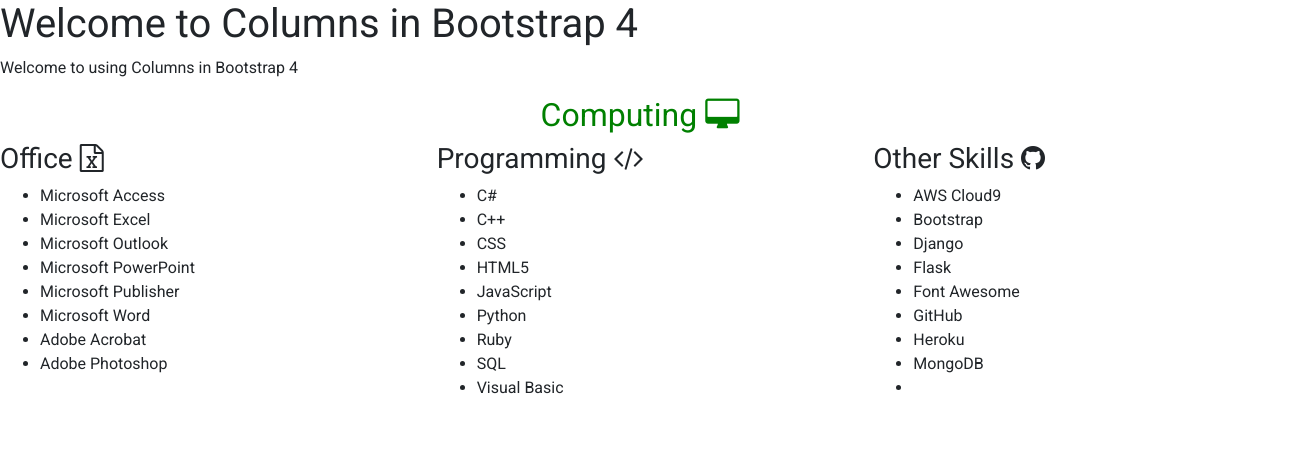
Repository: derektypist/columns-in-bootstrap-4
Page: index.html
The author's editor kept a record of every edit. The page is drawn from the files as they stood at one moment, then again after the next edit.
The browser window is 1280 px wide. The page is 1295 px wide, so the pictures cover 1295 px, including what lies to the right of the window. The pictures show the whole page.

Above is the page before.

### index.html
<!DOCTYPE html>
<html lang="en">

<head>
    <meta charset="UTF-8">
    <meta name="viewport" content="width=device-width, initial-scale=1.0">
    <meta http-equiv="X-UA-Compatible" content="ie=edge">
    <title>Document</title>
    <!-- Load Style Sheets -->
    <link rel="stylesheet" href="https://maxcdn.bootstrapcdn.com/bootstrap/4.3.1/css/bootstrap.min.css" integrity="sha384-ggOyR0iXCbMQv3Xipma34MD+dH/1fQ784/j6cY/iJTQUOhcWr7x9JvoRxT2MZw1T" crossorigin="anonymous">
    <link rel="stylesheet" href="https://maxcdn.bootstrapcdn.com/font-awesome/4.7.0/css/font-awesome.min.css" type="text/css" />
    <link href="https://fonts.googleapis.com/css?family=Roboto&display=swap" rel="stylesheet">
    <link href="style.css" rel="stylesheet">
</head>

<body>
    <!-- Apply Header -->
    <header>
        <h1>Welcome to Columns in Bootstrap 4</h1>
        <p>Welcome to using Columns in Bootstrap 4</p>
    </header>

    <!-- Apply Sections -->
    <section>
        <h2>Computing <i class="fa fa-desktop" aria-hidden="true"></i></h2>

        <!-- Set Up Row -->
        <article class="row">
            <!-- Set Up Article for Office -->
            <article class="col-sm-4">
                <h3>Office <i class="fa fa-file-excel-o" aria-hidden="true"></i></h3>
                <ul>
                    <li>Microsoft Access</li>
                    <li>Microsoft Excel</li>
                    <li>Microsoft Outlook</li>
                    <li>Microsoft PowerPoint</li>
                    <li>Microsoft Publisher</li>
                    <li>Microsoft Word</li>
                    <li>Adobe Acrobat</li>
                    <li>Adobe Photoshop</li>
                </ul>
            </article>

            <!-- Set Up Article for Programming -->
            <article class="col-sm-4">
                <h3>Programming <i class="fa fa-code" aria-hidden="true"></i></h3>
                <ul>
                    <li>C#</li>
                    <li>C++</li>
                    <li>CSS</li>
                    <li>HTML5</li>
                    <li>JavaScript</li>
                    <li>Python</li>
                    <li>Ruby</li>
                    <li>SQL</li>
                    <li>Visual Basic</li>
                </ul>
            </article>

            <!-- Set Up Article for Other Skills -->
            <article class="col-sm-4">
                <h3>Other Skills <i class="fa fa-github" aria-hidden="true"></i></h3>
                <ul>
                    <li>AWS Cloud9</li>
                    <li>Bootstrap</li>
                    <li>Django</li>
                    <li>Flask</li>
                    <li>Font Awesome</li>
                    <li>GitHub</li>
                    <li>Heroku</li>
                    <li>MongoDB</li>
                    <li></li>
                </ul>
            </article>
        </article>
    </section>

</body>

</html>

### style.css
/* Body */

body {
    font-family: "Roboto", Arial, Verdana, sans-serif;
}

/* Header */

#myheader {
    color: purple;
    text-align: center;
}


/* Section */

h2 {
    color: green;
    text-align: center;
}

/* Office */

.office {
    background-color: lightgreen;
}

/* Programming */

.programming {
    background-color: lightblue;
}

/* Other Skills */

.otherskills {
    background-color: pink;
}

After the next edit:
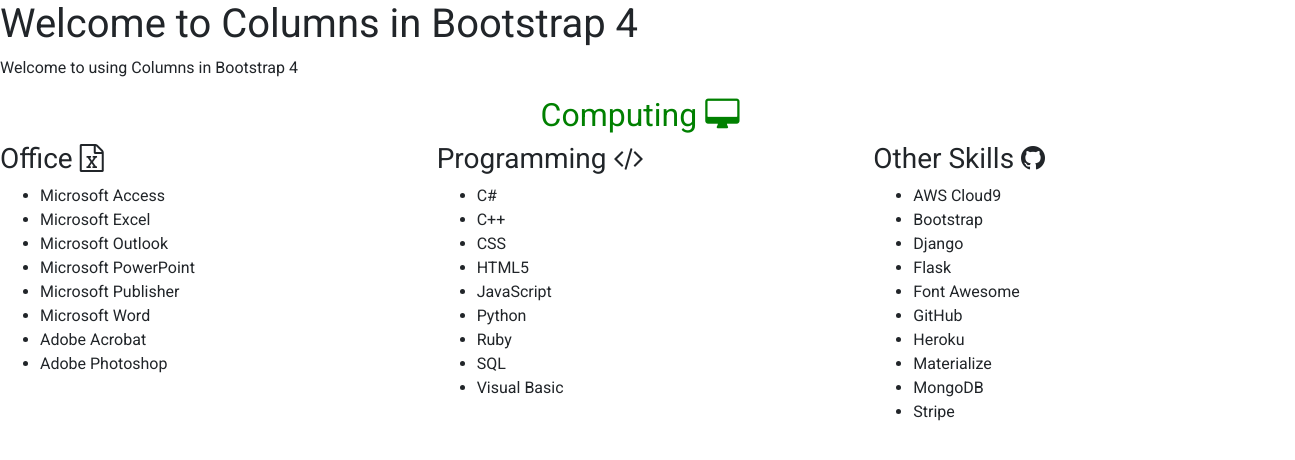
The edit:
--- a/index.html
+++ b/index.html
@@ -68,8 +68,9 @@
                     <li>Font Awesome</li>
                     <li>GitHub</li>
                     <li>Heroku</li>
+                    <li>Materialize</li>
                     <li>MongoDB</li>
-                    <li></li>
+                    <li>Stripe</li>
                 </ul>
             </article>
         </article>
